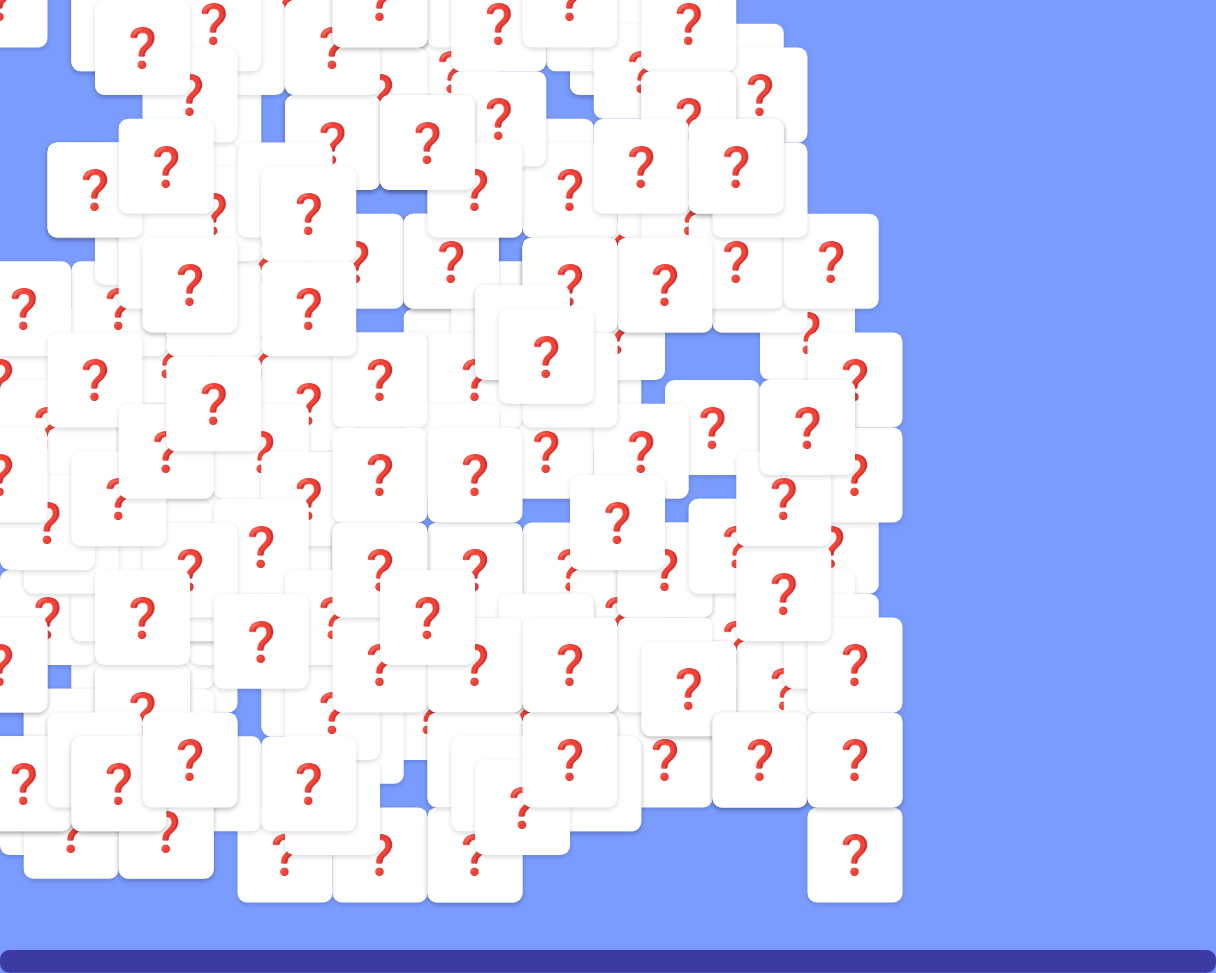
Repository: Avril-Cui/hack-puzzle
Page: / (app in client/)
The author's editor kept a copy of each file at every save. The page is drawn from the files as they stood at one save, then again after the next save.
The browser window is 1280 px wide. The pictures show the whole page, at 95% of full size.
The project was rebuilt for these pictures with package versions that can differ from the ones it lists, and the page was loaded fresh each time. The framework's server and built-in components were replaced by stand-ins that run in the browser. Also part of the build but not shown: client/next.config.ts.

Above is the page before, as saved 2025-06-11 19:34:05.

### client/app/page.tsx
import Game from "../components/Game";

export default function Home() {
  return (
    <div>
      <Game />
    </div>
  );
}

### client/app/globals.css
@import "tailwindcss";

:root {
  --background: #7A9CFF;
}

@theme inline {
  --color-background: var(--background);
  --color-foreground: var(--foreground);
  --font-sans: var(--font-geist-sans);
  --font-mono: var(--font-geist-mono);
}

@media (prefers-color-scheme: dark) {
  :root {
    --background: #7A9CFF;
  }
}

body {
  background: var(--background);
  color: var(--foreground);
  font-family: Arial, Helvetica, sans-serif;
}

### client/components/Game.tsx
"use client";
import React, { useEffect, useState } from "react";
import styles from "./Game.module.css";

interface Tile {
  id: string;
  x: number;
  y: number;
  z: number;
  status: number;
  isCover: boolean;
  iconName: string;
}

const CELL_SIZE = 100;
const ICONS = ["🍀", "🌈", "⚙️", "🐏", "🐯", "🐤", "📚", "🧠", "💻", "🐼"];

const PuzzleGame: React.FC = () => {
  const [tiles, setTiles] = useState<Tile[]>([]);
  const [queue, setQueue] = useState<Tile[]>([]);

  useEffect(() => {
    fetch("/scene.json")
      .then((res) => res.json())
      .then((data) => {
        setTiles(data);
      });
  }, []);

  const handleClick = (tile: Tile) => {
    if (tile.isCover || tile.status !== 0 || queue.length >= 7) return;
    setQueue((prev) => [...prev, tile]);
    setTiles((prev) =>
      prev.map((t) => (t.id === tile.id ? { ...t, status: 1 } : t))
    );
  };

  const getEmoji = (iconName: string): string => {
    const index = parseInt(iconName.replace("icon_", ""));
    return ICONS[index] || "❓";
  };

  return (
    <div className={styles.gameContainer}>
      <div className={styles.tileBoard}>
        {tiles.map((tile) => (
          <div
            key={tile.id}
            className={`${styles.tile} ${tile.isCover ? styles.covered : ""}`}
            style={{
              left: tile.x,
              top: tile.y,
              zIndex: tile.z,
            }}
            onClick={() => handleClick(tile)}
          >
            <div
              className={styles.tileInner}
              style={{ opacity: tile.status < 2 ? 1 : 0 }}
            >
              {getEmoji(tile.iconName)}
            </div>
          </div>
        ))}
      </div>

      <div className={styles.queueBar}>
        {queue.map((tile) => (
          <div key={tile.id} className={styles.queueTile}>
            {getEmoji(tile.iconName)}
          </div>
        ))}
      </div>
    </div>
  );
};

export default PuzzleGame;

### client/components/Game.module.css
.gameContainer {
}

.tileBoard {
  position: relative;
  width: 1000px;
  height: 900px;
  background-color: transparent; /* remove green board background */
}

.tile {
  position: absolute;
  width: 100px;
  height: 100px;
  background: white;
  border-radius: 10px;
  font-size: 40px;
  display: flex;
  align-items: center;
  justify-content: center;
  transition: transform 0.2s ease, opacity 0.3s ease;
  box-shadow: 0 2px 6px rgba(0, 0, 0, 0.15);
  cursor: pointer;
}

.covered {
  background: #ccc;
  opacity: 0.4;
  pointer-events: none;
}

.queueBar {
  margin-top: 100px;
  display: flex;
  justify-content: center;
  gap: 12px;
  padding: 12px;
  background: #3c3aa3;
  border-radius: 10px;
  box-shadow: 0 2px 6px rgba(0, 0, 0, 0.1);
}

.queueTile {
  width: 100px;
  height: 100px;
  background: white;
  border-radius: 10px;
  font-size: 40px;
  display: flex;
  align-items: center;
  justify-content: center;
  box-shadow: 0 2px 6px rgba(0, 0, 0, 0.1);
}

Loaded but not shown: client/app/layout.tsx (common file); client/public/scene.json (2162 lines, source omitted)

After the next save:
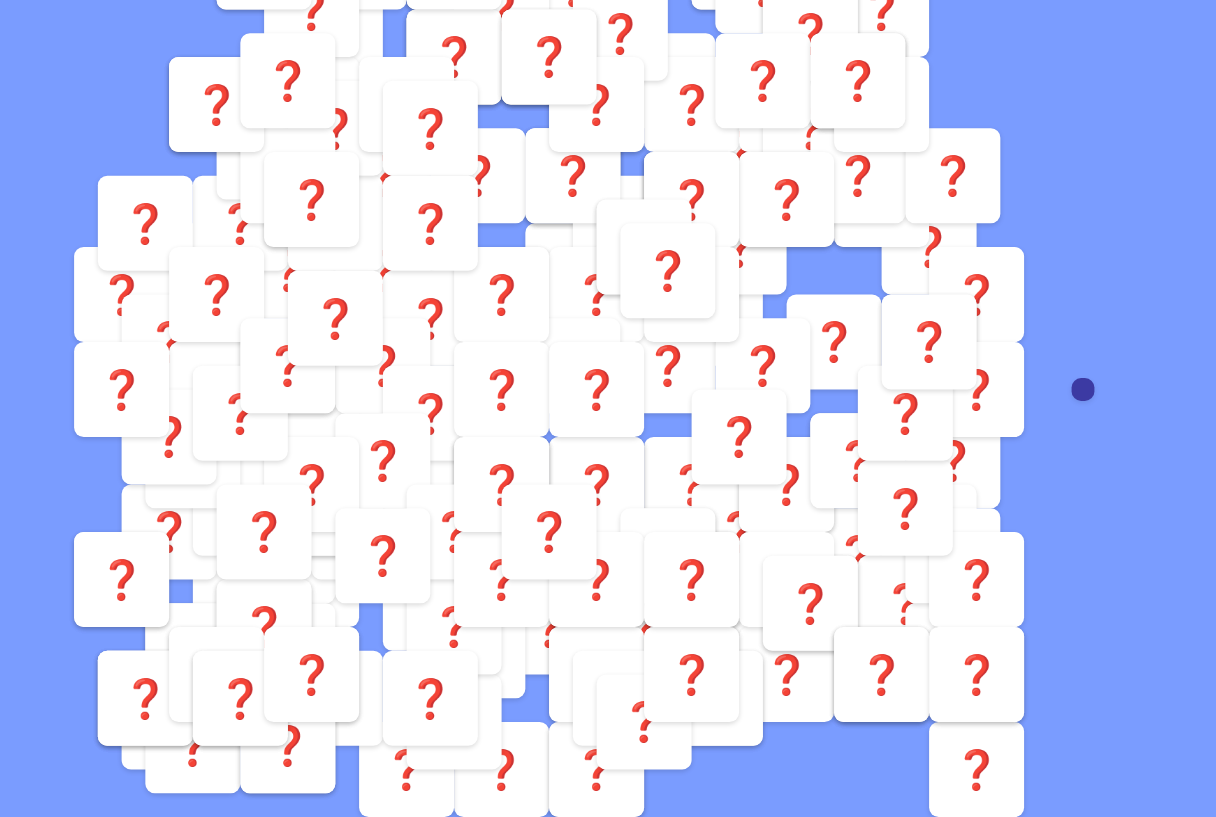
Saved 30 s later.
--- a/client/components/Game.module.css
+++ b/client/components/Game.module.css
@@ -1,4 +1,8 @@
 .gameContainer {
+  display: flex;
+  justify-content: center;
+  align-items: center;
+  height: 100vh;
 }
 
 .tileBoard {
